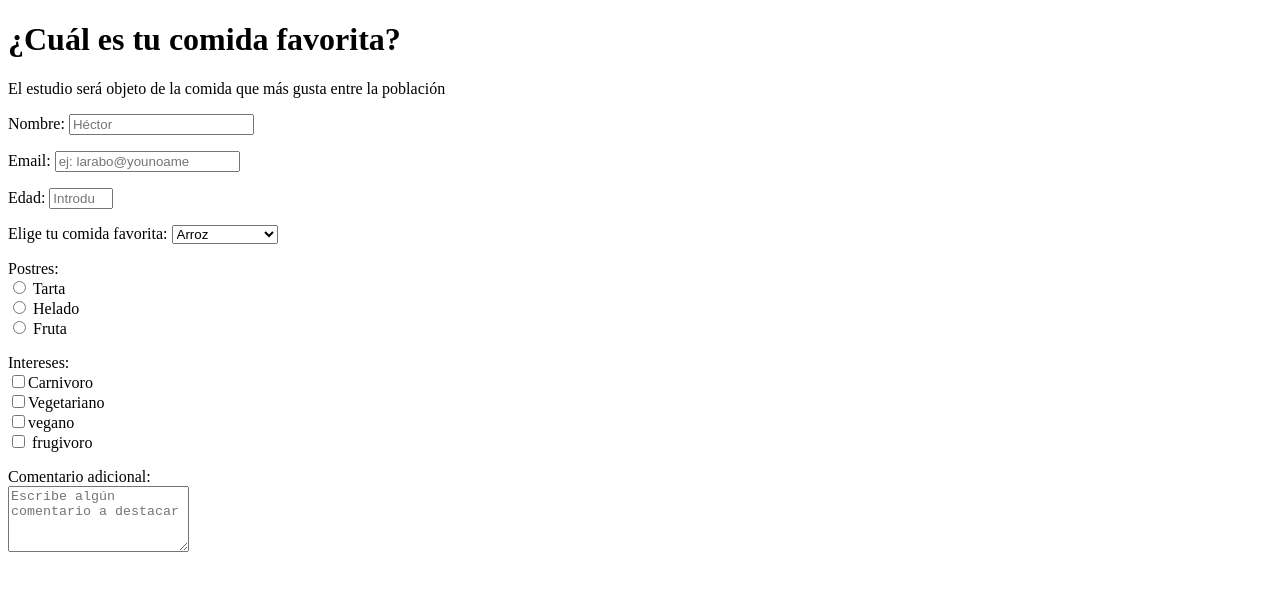
Repository: Fidesone/Form
Page: form/Index.html
The author's editor kept a copy of each file at every save. The page is drawn from the files as they stood at one save, then again after the next save.
The browser window is 1280 px wide. The pictures show the whole page.

Above is the page before, as saved 2020-09-24 11:12:18.

### form/Index.html
<!DOCTYPE html>
<html>
<head>
<meta charset="ISO-8859-1">
<title>Formulario</title>
</head>
<body>
<h1 id="title">¿Cuál es tu comida favorita?</h1>
<p id="desciption">El estudio será objeto de la comida que más gusta entre la población</p>
<form id="survey-form">
	<p id="name">Nombre: <input type="text" placeholder="Héctor" id="name-label"></p>
	<p id="email">Email: <input type="email" placeholder="ej: larabo@younoame" id="email-label"></p>
	<p id="number">Edad: <input type="number" placeholder="Introduce tu edad" id="number-label" required pattern=[0-9] min="0" max="100"></p>

	<label >Elige tu comida favorita:</label>
	<select id="dropdown">

		<option value="arroz">Arroz</option>
		<option value="pasta">Pasta</option>
		<option value="paella">Paella</option>
		<option value="pizza">Pizza</option>
		<option value="hamburguesa">Hamburguesa</option>
	</select>
	<p>
		Postres:<br>
		<input type="radio" name="comida" value="tarta"> Tarta <br>
		<input type="radio" name="comida" value="helado"> Helado <br>
		<input type="radio" name="comida" value="fruta"> Fruta <br>
	</p>

	<!-- teniendo el valor "checkbox" en su atributo type, representa un control de dos estados que permite a los usuarios marcarlo como seleccionado o deseleccionado.  -->
	<p>
		Intereses:<br>
		<input type="checkbox" name="carnivoro">Carnivoro<br>
		<input type="checkbox" name="vegetariano">Vegetariano<br>
		<input type="checkbox" name="vegano">vegano<br>
		<input type="checkbox" name="frugívoro"> frugivoro <br>
	</p>
	<label for="comentarios">Comentario adicional:</label> <br>
	<textarea id="comentarios" rows="4" placeholder="Escribe algún comentario a destacar"></textarea>
</form>
</body>
</html>

After the next save:
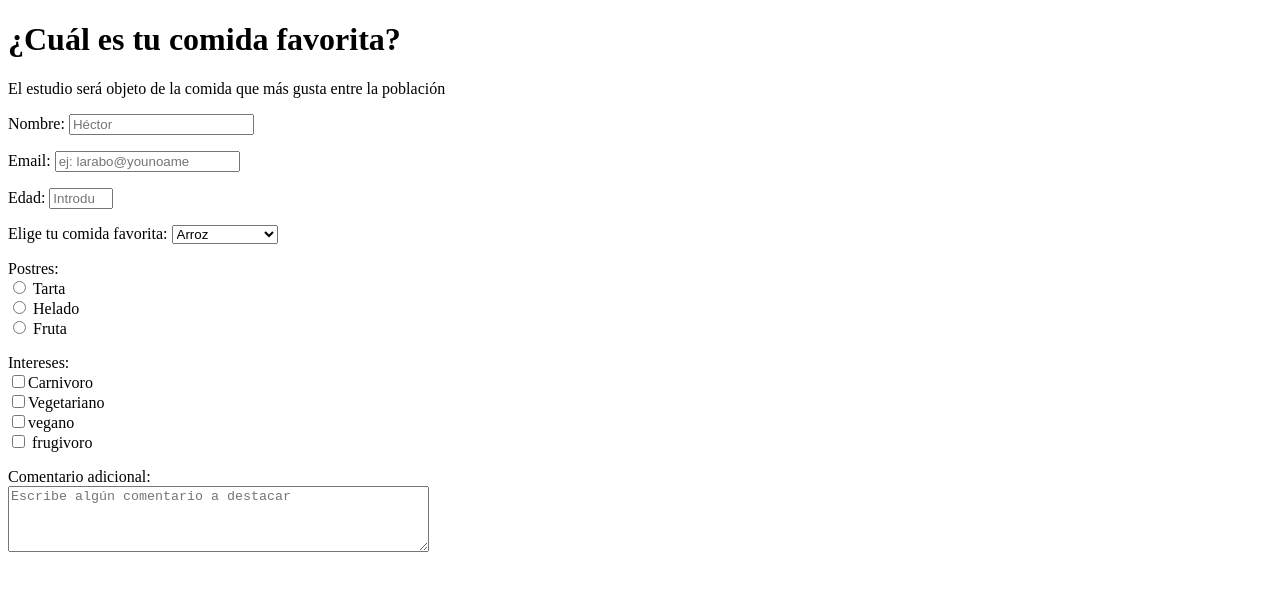
Saved 23 s later.
--- a/form/Index.html
+++ b/form/Index.html
@@ -37,7 +37,7 @@
 		<input type="checkbox" name="frugívoro"> frugivoro <br>
 	</p>
 	<label for="comentarios">Comentario adicional:</label> <br>
-	<textarea id="comentarios" rows="4" placeholder="Escribe algún comentario a destacar"></textarea>
+	<textarea id="comentarios" rows="4" cols="50" placeholder="Escribe algún comentario a destacar"></textarea>
 </form>
 </body>
 </html>
